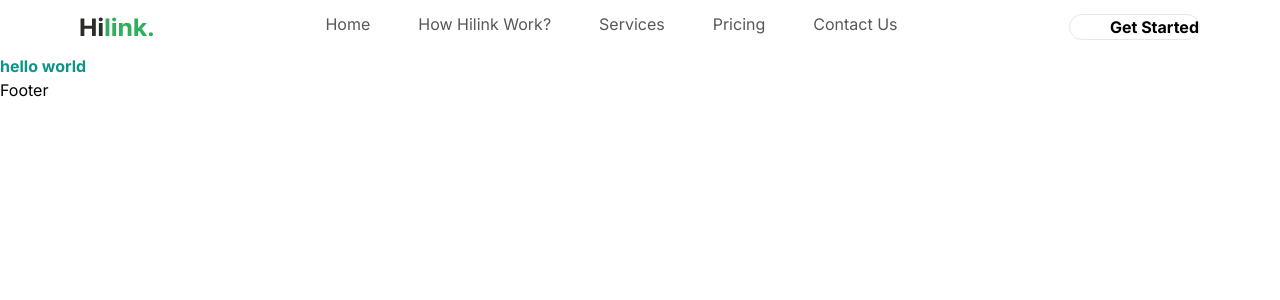
Repository: martin-raphael/travel_agency
Page: /
The author's editor kept a copy of each file at every save. The page is drawn from the files as they stood at one save, then again after the next save.
The browser window is 1280 px wide. The pictures show the whole page.
The project was rebuilt for these pictures with package versions that can differ from the ones it lists, and the page was loaded fresh each time. The framework's server and built-in components were replaced by stand-ins that run in the browser. Also part of the build but not shown: next.config.mjs.

Above is the page before, as saved 2024-08-08 17:15:37.

After the next save:
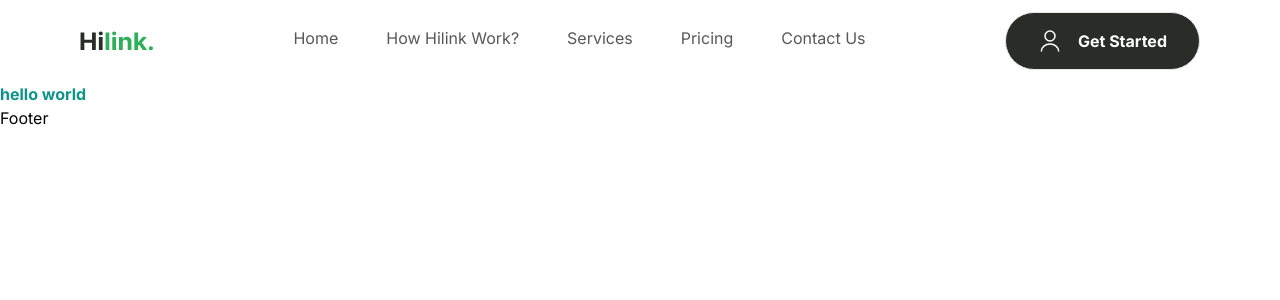
Saved 62 s later.
--- a/components/button.tsx
+++ b/components/button.tsx
@@ -10,7 +10,7 @@ type ButtonProps = {
 
 const Button = ({type, title, icon, variant}: ButtonProps) => {
   return (
-    <button className={'flexCenter gap-4 rounded-full border &{variant}'}
+    <button className={`flexCenter gap-4 rounded-full border ${variant}`}
      type={type} >
         {icon && <Image src={icon} alt={title} width={24} height={24}/>}
         <label className='bold-16 whitespace-nowrap'>{title}</label>
